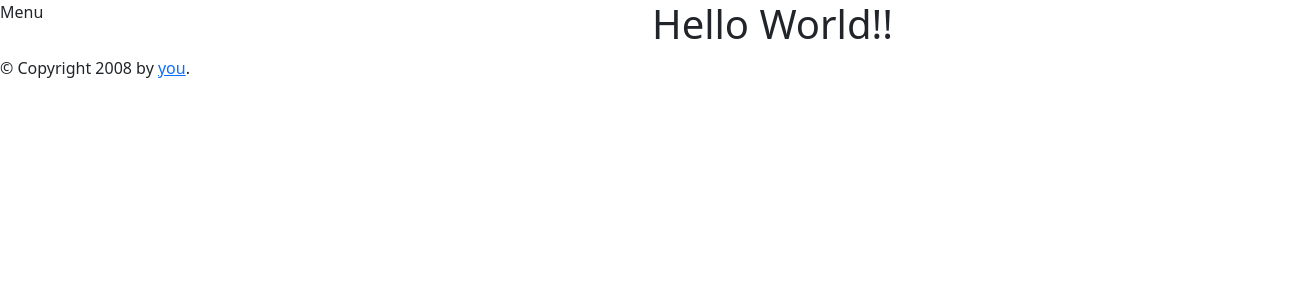
Repository: thyagobrejao/hassio-addons
Page: http://localhost/
An editor plug-in stored every save of this project. The page is shown before and after the next save, followed by the edit.
The browser window is 1280 px wide. The page is 1292 px wide, so the pictures cover 1292 px, including what lies to the right of the window. The pictures show the whole page.
The page is served by the project's application, run on Flask 3 (cloudflare_tunnel/front/app.py). Other server files are loaded and not shown.

Above is the page before, as saved 2022-05-18 16:00:31.

### cloudflare_tunnel/front/templates/hello.html
{% extends "base.html" %} {% block title %}Index{% endblock %} {% block content
%}
<div class="row">
  <div class="col">Menu</div>
  <div class="col">
    <h1>Hello World!!</h1>
  </div>
</div>
{% endblock %}

### cloudflare_tunnel/front/templates/base.html
<!DOCTYPE html>
<html lang="en">
  <head>
    {% block head %}
    <title>{% block title %}{% endblock %} - My Webpage</title>
    {% endblock %}
    <link
      href="https://cdn.jsdelivr.net/npm/bootstrap@5.2.0-beta1/dist/css/bootstrap.min.css"
      rel="stylesheet"
      integrity="sha384-0evHe/X+R7YkIZDRvuzKMRqM+OrBnVFBL6DOitfPri4tjfHxaWutUpFmBp4vmVor"
      crossorigin="anonymous"
    />
  </head>
  <body>
    <div id="content">{% block content %}{% endblock %}</div>
    <div id="footer">
      {% block footer %} &copy; Copyright 2008 by
      <a href="http://domain.invalid/">you</a>. {% endblock %}
    </div>
    <script
      src="https://cdn.jsdelivr.net/npm/bootstrap@5.2.0-beta1/dist/js/bootstrap.bundle.min.js"
      integrity="sha384-pprn3073KE6tl6bjs2QrFaJGz5/SUsLqktiwsUTF55Jfv3qYSDhgCecCxMW52nD2"
      crossorigin="anonymous"
    ></script>
  </body>
</html>

### cloudflare_tunnel/front/app.py
from flask import Flask, render_template

app = Flask(__name__)


@app.route("/")
def hello_world():
    return render_template('hello.html')


if __name__ == "__main__":
    app.run(host="0.0.0.0")

After the next save:
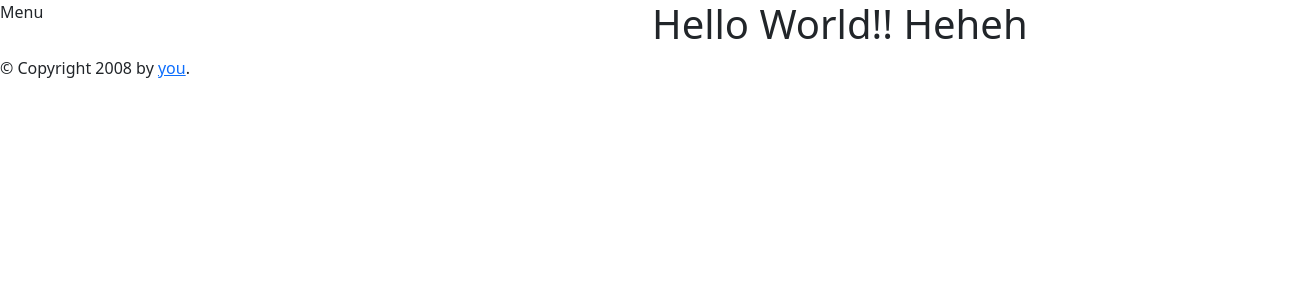
Saved 70 s later.
--- a/cloudflare_tunnel/front/templates/hello.html
+++ b/cloudflare_tunnel/front/templates/hello.html
@@ -3,7 +3,7 @@
 <div class="row">
   <div class="col">Menu</div>
   <div class="col">
-    <h1>Hello World!!</h1>
+    <h1>Hello World!! Heheh</h1>
   </div>
 </div>
 {% endblock %}
